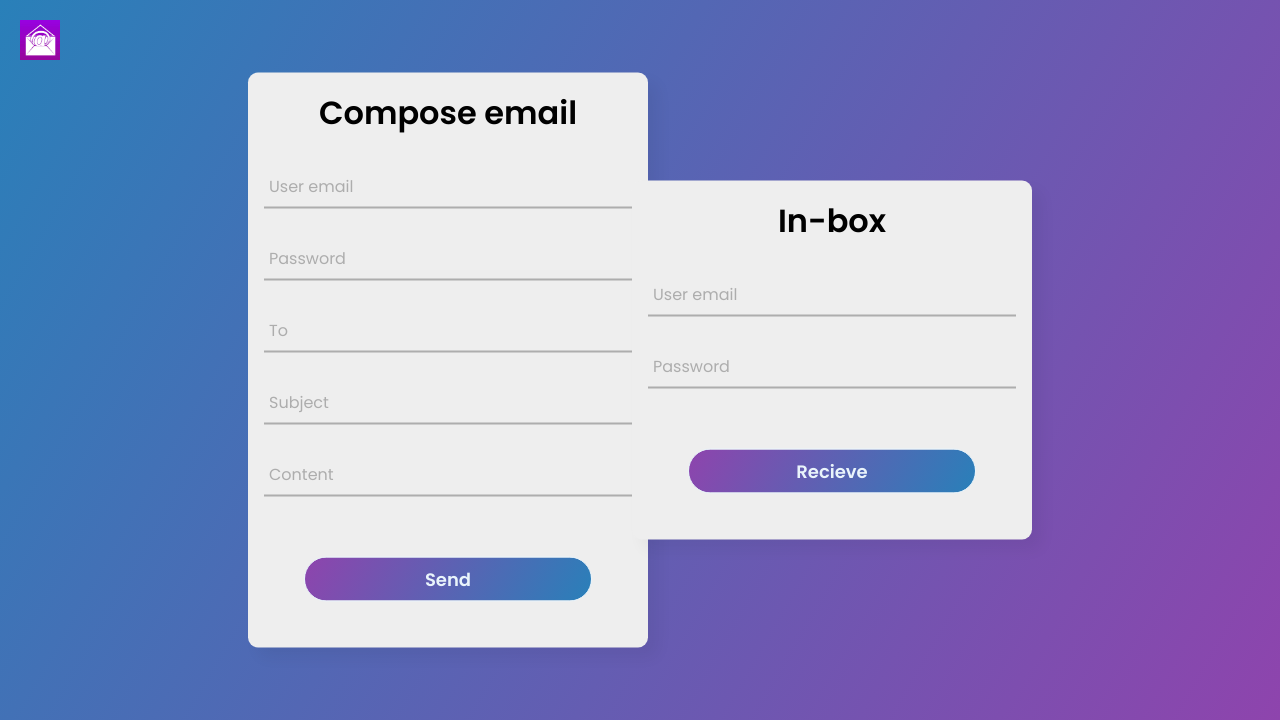
Repository: 20PW01-Abishek/Mail-EZ-in-JAVA
Page: Java package/javapackage/src/main/webapp/index.html
The author's editor kept a copy of each file at every save. The page is drawn from the files as they stood at one save, then again after the next save.
The browser window is 1280 px wide. The pictures show the whole page.

Above is the page before, as saved 2022-11-07 15:21:14.

After the next save:
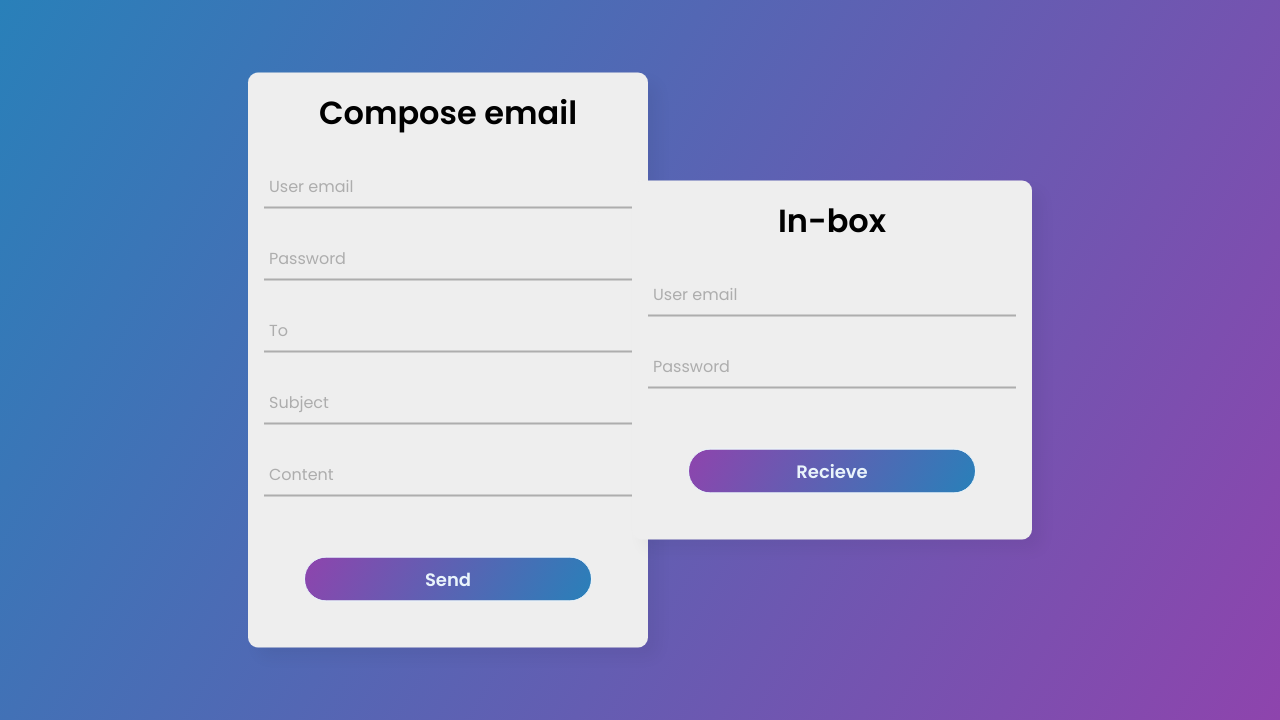
Saved 11 s later.
--- a/Java package/javapackage/src/main/webapp/index.html
+++ b/Java package/javapackage/src/main/webapp/index.html
@@ -8,7 +8,6 @@
 <title>email-compose</title>
 </head>
 <body>
-	<a href=""><img style="margin: 20px;height: 40px;width: 40px;" src="logo.png"></a>
 	<div class="alert">
 		<span class="fas fa-exclamation-circle"></span>
 		<span class="msg">Processing</span>

After the 2 saves that followed:
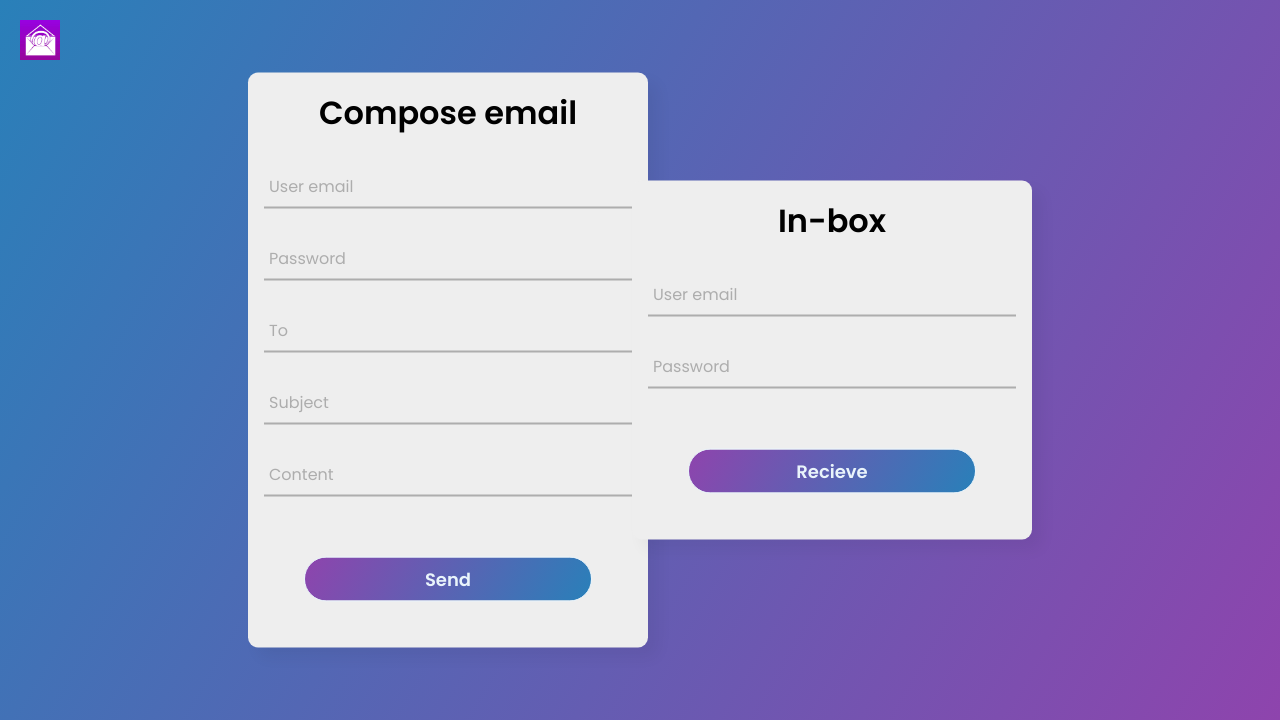
The 2 saves are shown as one change because they came seconds apart.
The last was saved 12 s later.
--- a/Java package/javapackage/src/main/webapp/index.html
+++ b/Java package/javapackage/src/main/webapp/index.html
@@ -8,13 +8,7 @@
 <title>email-compose</title>
 </head>
 <body>
-	<div class="alert">
-		<span class="fas fa-exclamation-circle"></span>
-		<span class="msg">Processing</span>
-		<div class="close-btn">
-			<span class="fas fa-times"></span>
-		</div>
-	</div>
+	<a href=""><img style="margin: 20px;height: 40px;width: 40px;" src="logo.png"></a>
 	<div class="parent">
 		<div class="center1">
 	      <h1>Compose email</h1>
